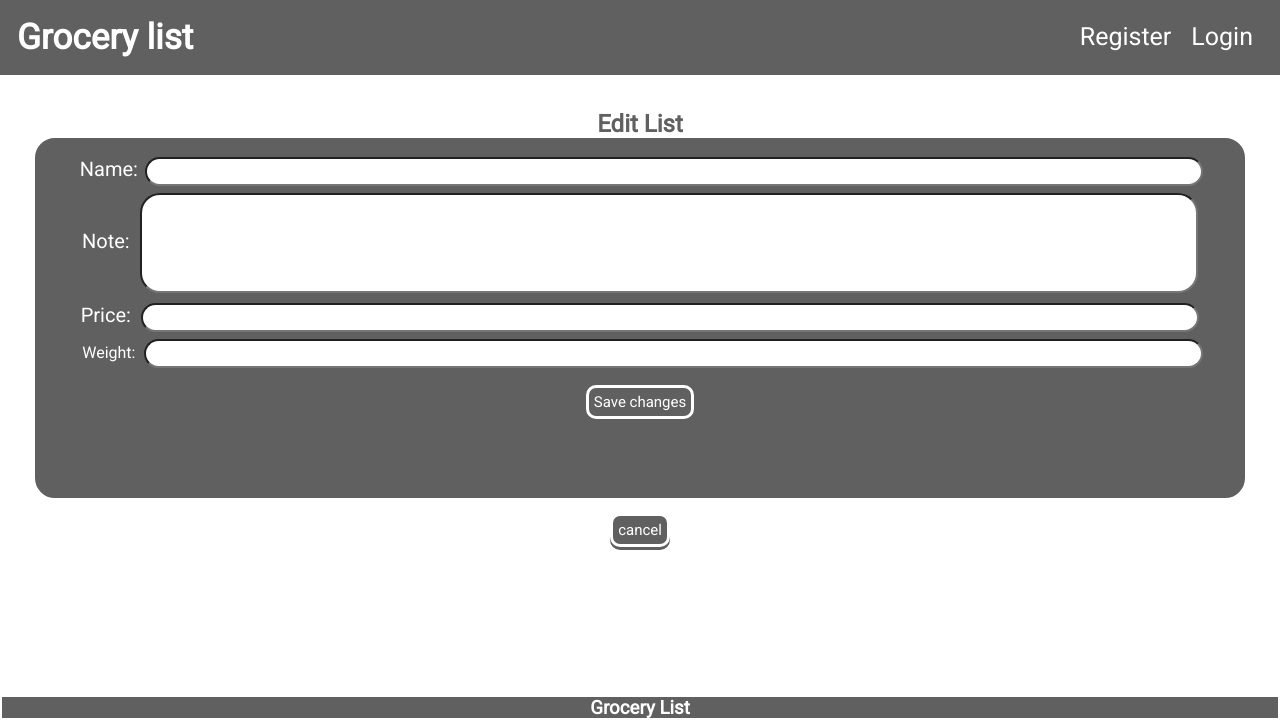
Repository: mhyder1/grocery-client
Page: /edit-lists/1
The author's editor kept a copy of each file at every save. The page is drawn from the files as they stood at one save, then again after a run of saves.
The browser window is 1280 px wide. The pictures show the whole page.
The project was rebuilt for these pictures with package versions that can differ from the ones it lists, and the page was loaded fresh each time. Also part of the build but not shown: src/Components/Utils/Utils.css, src/Components/Utils/Utils.js, src/Components/Header/Header.js, src/Components/Errorpage/ErrorPage.js, src/Components/Login/Login.js, src/Components/BackButton/BackButton.js, src/Components/ListForm/ListForm.js, src/Components/CategoriesPage/CategoriesPage.css and 5 more. Imported but missing from the stored project, and not drawn on this page: src/services/auth-api-service.

Above is the page before, as saved 2020-12-31 00:08:24.

After the next 2 saves:
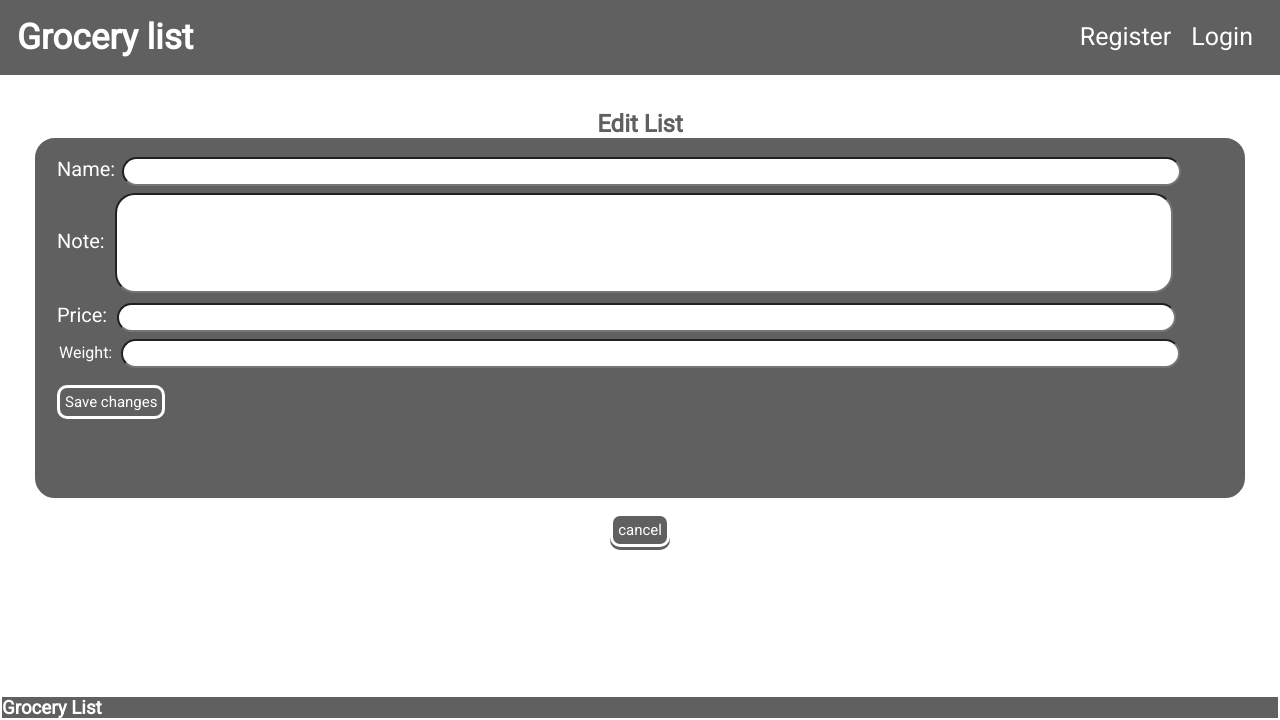
The 2 saves are shown as one change because 1 did not build or start.
The last was saved 3 min 1 s later.
--- a/src/App.js
+++ b/src/App.js
@@ -1,7 +1,7 @@
 import React from "react";
 import "./App.css";
 import { Route } from "react-router-dom";
-import Header from "./Components/Header/Header";
+// import Header from "./Components/Header/Header";
 import Context from "./Context/Context";
 import ErrorPage from "./Components/Errorpage/ErrorPage";
 import Navbar from "./Components/Navbar/Navbar";
@@ -104,6 +104,7 @@ class App extends React.Component {
     });
   };
   render() {
+    console.log(listData)
     let contextValue = {
       lists: this.state.lists,
       categories: this.state.categories,
@@ -118,6 +119,7 @@ class App extends React.Component {
       updateList: this.updateList,
     };
     return (
+
       <Context.Provider value={contextValue}>
         <ErrorPage>
           <div className="App">
